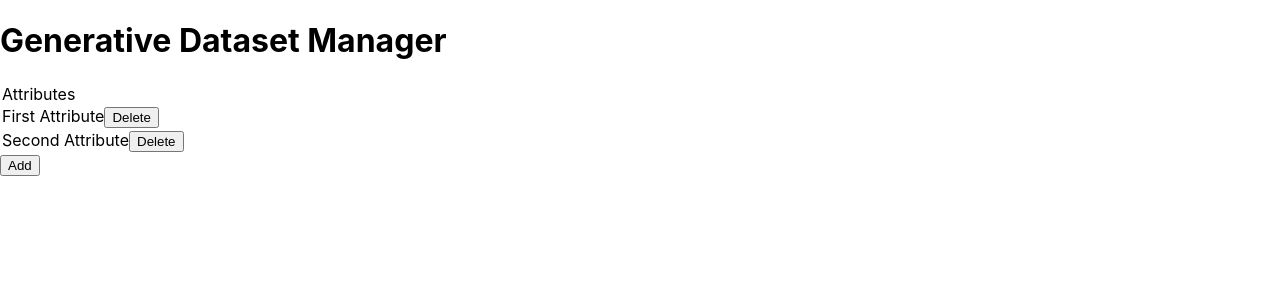
Repository: DaiWelsh/generatrive-ui
Page: /
These files come from the project's save history. The page is drawn as it stood at one moment and after a run of saves; the edit follows.
The browser window is 1280 px wide. The pictures show the whole page.
The project was rebuilt for these pictures with package versions that can differ from the ones it lists, and the page was loaded fresh each time. Also part of the build but not shown: src/App.css.

Above is the page before, as saved 2021-10-10 12:48:52.

### src/App.js
import './App.css';
import Dataset from './components/Dataset';
import DatasetState from './context/dataset/DatasetState';

function App() {
  console.log('*** App Render ***');

  return (
    <div>
      <h1>Generative Dataset Manager</h1>
      <DatasetState>
        <Dataset />
      </DatasetState>
    </div>
  );
}

export default App;

### src/components/Dataset.js
import React, { useContext, Fragment } from 'react'
import DatasetContext from '../context/dataset/datasetContext'

export default function Dataset() {
  console.log('*** Dataset Render ***');

  const datasetContext = useContext(DatasetContext);
  const attributes = datasetContext.attributes;

  console.log('attributes', attributes);

  const deleteAttribute = (id) => {
    console.log(`delete attribute ${id}`);
  };

  const addAttribute = () => {
    console.log(`add attribute`);
  };

  return (
    <Fragment>
      <table>
        Attributes
        {attributes.map((attr) => (
          <tr key={attr.id}>
            {attr.name}
            <button onClick={() => deleteAttribute(attr.id)}>Delete</button>
          </tr>
        ))}
      </table>
      <button onClick={() => addAttribute()}>Add</button>
    </Fragment>
  );
}

### src/context/dataset/DatasetState.js
import React, { useReducer } from 'react';
import datasetContext from './datasetContext';
import datasetReducer from './datasetReducer';
import initialState from './initialState';
import { ADD_ATTRIBUTE, REMOVE_ATTRIBUTE } from '../types';

const DatasetState = props => {
  console.log('*** DatasetState Render ***');

  const [state, dispatch] = useReducer(datasetReducer, initialState);

  const addAttribute = (payload) => dispatch({ type: ADD_ATTRIBUTE, payload });
  const removeAttribute = (payload) => dispatch({ type: REMOVE_ATTRIBUTE, payload });

  const getAttributes = () => state.attributes;
  const getName = () => state.name;

  return <datasetContext.Provider value={{
    name: state.name,
    attributes: state.attributes,
    getName,
    getAttributes,
    addAttribute,
    removeAttribute,
  }}>
    {props.children}
  </datasetContext.Provider>
}

export default DatasetState;

### src/context/dataset/datasetContext.js
import { createContext } from 'react';

const datasetContext = createContext();

export default datasetContext;

### src/context/dataset/datasetReducer.js
import { ADD_ATTRIBUTE, REMOVE_ATTRIBUTE } from '../types';

const reducer = (state, action) => {
  console.log('datasetReducer', state, action);
  switch (action.type) {
    default:
      return state;
  }
}

export default reducer;

### src/context/dataset/initialState.js
const initialState = {
  name: 'test dataset',
  attributes: [
    {
      id: 'hashvalueattr1',
      name: 'First Attribute',
      values: [
        {
          id: 'hashvalue1',
          name: 'First attr value a',
          category: false,
          fileName: 'first/a.jpg',
          probability: 0.7,
        },
        {
          id: 'hashvalue2',
          name: 'First attr value b',
          category: false,
          fileName: 'first/b.jpg',
          probability: 0.3,
        },
      ],
    },
    {
      id: 'hashvalueattr2',
      name: 'Second Attribute',
      values: [
        {
          id: 'hashvalue3',
          name: 'Second attr value 1',
          category: false,
          fileName: 'second/1.jpg',
          probability: 0.1,
        },
        {
          id: 'hashvalue4',
          name: 'Second attr category 1',
          category: true,
          fileName: null,
          probability: 0.9,
          values: [
            {
              id: 'hashvalue5',
              name: 'Second attr cat 1 value 1',
              category: false,
              fileName: 'second/1/1.jpg',
              probability: 0.6,
            },
            {
              id: 'hashvalue6',
              name: 'Second attr cat 1 value 2',
              category: false,
              fileName: 'second/1/2.jpg',
              probability: 0.4,
            },
          ]
        },
      ],
    },
  ],
};

export default initialState;

### src/context/types.js
// dataset state
export const ADD_ATTRIBUTE = 'ADD_ATTRIBUTE';
export const REMOVE_ATTRIBUTE = 'REMOVE_ATTRIBUTE';

Loaded but not shown: public/index.html (common file); src/index.js (common file); src/index.css (common file); src/reportWebVitals.js (common file)

After the next 6 saves:
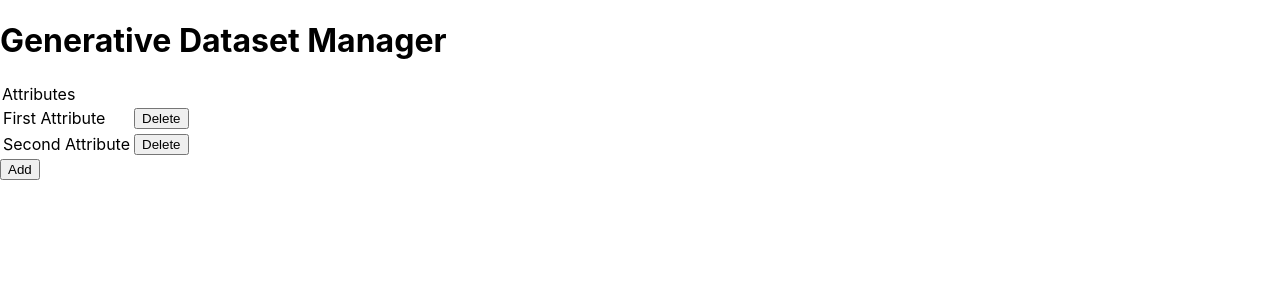
The 6 saves are shown as one change because they came seconds apart.
The last was saved 17 s later.
--- a/src/components/Dataset.js
+++ b/src/components/Dataset.js
@@ -23,8 +23,9 @@ export default function Dataset() {
         Attributes
         {attributes.map((attr) => (
           <tr key={attr.id}>
-            {attr.name}
-            <button onClick={() => deleteAttribute(attr.id)}>Delete</button>
+            <td>{attr.name}</td>
+            <td>
+              <button onClick={() => deleteAttribute(attr.id)}>Delete</button></td>
           </tr>
         ))}
       </table>
